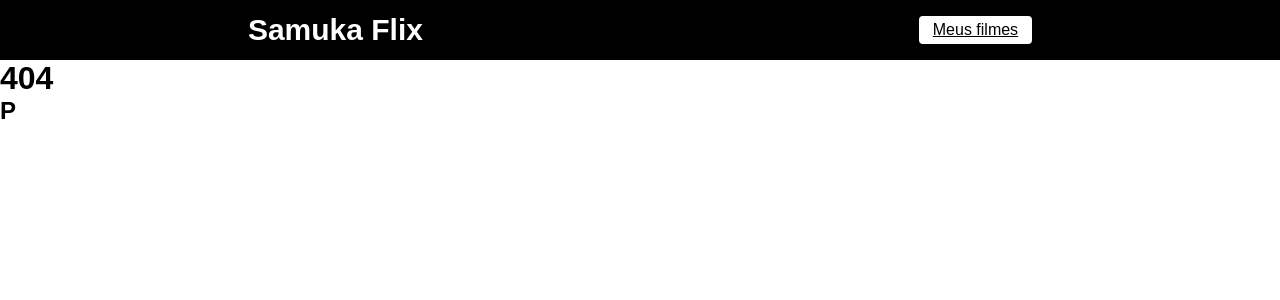
Repository: devsamuel23/primeflix_git
Page: /favoritos
An editor plug-in stored every save of this project. The page is shown before and after the next save, followed by the edit.
The browser window is 1280 px wide. The pictures show the whole page.
The project was rebuilt for these pictures with package versions that can differ from the ones it lists, and the page was loaded fresh each time. Also part of the build but not shown: src/pages/Home/home.css, src/pages/Home/index.js, src/pages/Filme/index.js.

Above is the page before, as saved 2023-05-19 23:36:08.

### src/index.css
*{
  padding: 0;
  margin: 0;
  box-sizing: border-box;
}
body{
  font-family: sans-serif;
}

.app{
  display: flex;
  width: 100%;
  justify-content: center;
  align-items: center;
  flex-direction: column;
}

### src/App.js
import RoutesApp from "./routes";

function App() {
  return (
  <div className="App">
    <RoutesApp/>
    </div>
    );
}

export default App;

### src/routes.js
import { BrowserRouter, Routes, Route } from "react-router-dom";


import Home from './pages/Home'

import Filme from "./pages/Filme";
import Header from "./components/Header";
import Erro from './pages/Erro'
function RoutesApp(){
    return (
      <BrowserRouter>
      <Header/>
        <Routes>
          <Route path="/" element={<Home />} />
          <Route path="/filme/:id" element={<Filme />} />

          <Route path="*" element={ <Erro/>} />
        </Routes>
      </BrowserRouter>
    );
}

export default RoutesApp;

### src/components/Header/index.js
import { Link } from "react-router-dom";
import "./header.css"
function Header(){
    return(
        <header>
            <Link className="logo" to="/">Samuka Flix</Link>
            <Link className="favoritos" to="/favoritos">Meus filmes</Link>
        </header>
    )
}

export default Header;

### src/pages/Erro/index.js

function Erro(){
    return(
        <div className="not-found">
            <h1>404</h1>
            <h2>P</h2>
        </div>
    )
}

export default Erro;

### src/components/Header/header.css
header{
    display: flex;
    align-items: center;
    justify-content: space-around;
    width: 100%;
    height: 60px;
    background-color: #000000;
}

.logo{
    text-decoration: none;
    font-size: 30px;
    cursor: pointer;
    color: #fff;
    font-weight: bold;
}
.favoritos{
    cursor: pointer;
    background-color: #fff;
    padding: 5px 14px;
    color: #000000;
    border-radius: 4px;
}

Loaded but not shown: public/index.html (common file); src/index.js (common file)

After the next save:
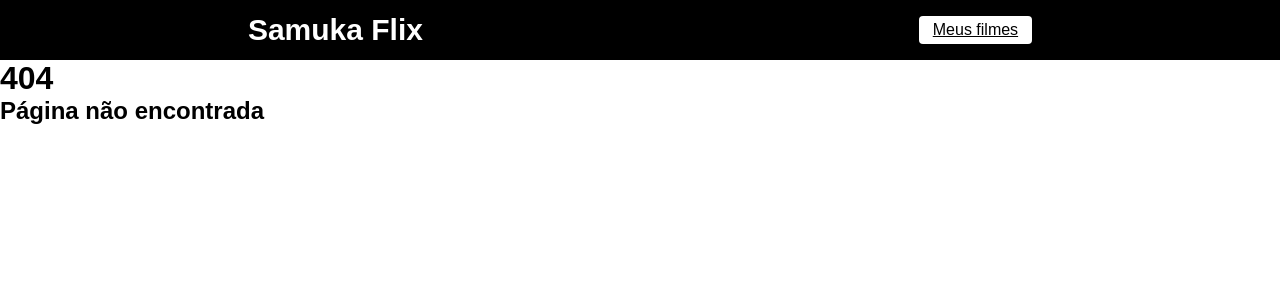
Saved 7 s later.
--- a/src/pages/Erro/index.js
+++ b/src/pages/Erro/index.js
@@ -3,7 +3,7 @@ function Erro(){
     return(
         <div className="not-found">
             <h1>404</h1>
-            <h2>P</h2>
+            <h2>Página não encontrada</h2>
         </div>
     )
 }
